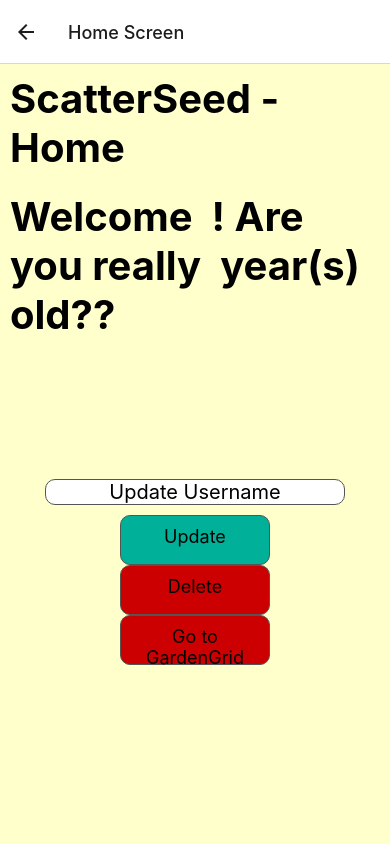
Repository: Curraje/scatter-seed-app
Screen: /Home
These files come from the project's save history. The screen is drawn as it stood at one moment and after a run of saves; the edit follows.
The app was drawn by React Native's web renderer in a window 390 px wide. The project was rebuilt for these pictures with package versions that can differ from the ones it lists, and the page was loaded fresh each time. Some packages were replaced by stand-ins written for this rebuild.

Above is the screen before, as saved 2022-03-07 10:41:07.

### index.js
import React from "react";
import App from "./src/App";
import { registerRootComponent } from "expo";
import { Provider as PaperProvider } from "react-native-paper";

function Main() {
  return (
    <PaperProvider>
      <App />
    </PaperProvider>
  );
}

// Main Entry Point for App
registerRootComponent(Main);

### src/App.tsx
import React from "react";
//import { StatusBar } from "expo-status-bar";
// import { StyleSheet } from "react-native";
// import Header from "./components/Header";
// import CustomButton from "./components/CustomButton";
import { NavigationContainer } from "@react-navigation/native";
// import { createBottomTabNavigator } from "@react-navigation/bottom-tabs";
// import { createMaterialBottomTabNavigator } from "@react-navigation/material-bottom-tabs";
//import { createMaterialTopTabNavigator } from "@react-navigation/material-top-tabs";
//import { createDrawerNavigator } from "@react-navigation/drawer";
import { createNativeStackNavigator } from "@react-navigation/native-stack";
import FontAwesome5 from "react-native-vector-icons/FontAwesome5";
import Login from "./screens/Login";
import Home from "./screens/Home";

// const Tab = createBottomTabNavigator();
// const Tab = createMaterialBottomTabNavigator();
//const Tab = createMaterialTopTabNavigator();
//const Drawer = createDrawerNavigator();
const Stack = createNativeStackNavigator();

export default function App() {
  return (
    <NavigationContainer>
      <Stack.Navigator
        initialRouteName="Login"
        screenOptions={{  }}

      >
        <Stack.Screen
          name="Home"
          component={Home}
          options={{
            title: "Home Screen",
          }}
        />
        <Stack.Screen
          name="Login"
          component={Login}
          options={{
            title: "Login Screen",
            headerShown: false,
          }}
          initialParams={{ItemName:"Item from Drawer", ItemId: 1}}
        />
      </Stack.Navigator>
    </NavigationContainer>
  );
}

### src/screens/Login.tsx
/* eslint-disable indent */
import React, { useEffect, useState } from "react";
import { View, StyleSheet, Image, Text, TextInput, Alert } from "react-native";
import CustomButton from "../utils/CustomButton";
import AsyncStorage from "@react-native-async-storage/async-storage";
import GlobalStyles from "../utils/GlobalStyles";

// eslint-disable-next-line @typescript-eslint/no-explicit-any
export default function Login({ navigation }: any) {
    const [name, setName]=useState("");
    const [age, setAge]=useState("");

    useEffect(() => {
        getData();
      }, []);

      const getData = () => {
        try {
          AsyncStorage.getItem("UserData")
            .then(value => {
              if (value != null) {
                navigation.navigate("Home");
              }
            }
            );
        } catch (error) {
          console.log(error);
        }
      };

    const setData = async () => {
      if (name.length == 0 || age.length == 0) {
        Alert.alert("Warning!", "Please enter appropriate data");
      } else {
          try {
              const user = {
                Name: name,
                Age: age,
              };
            await AsyncStorage.setItem("UserData", JSON.stringify(user));
            navigation.navigate("Home");
          } catch (error) {
            console.log(error);
          }
      }
    };

  return (
    <View
      style={GlobalStyles.body}
    >
      <Image
        style={styles.loginImage}
        source={require("../../assets/bruce.png")}
      />
      <Text style={styles.loginText}>Async Storage</Text>
      <TextInput
        style={styles.loginInput}
        placeholder="Username"
        onChangeText={(value) => setName(value)}
      />
      <TextInput
        style={styles.loginInput}
        placeholder="Enter your Age"
        onChangeText={(value) => setAge(value)}
      />
      <CustomButton
        title="Login"
        regular_color="#1eb900"
        pressed_color="#1eb999"
        onPressFunction={setData}
      />
    </View>
  );
}

const styles = StyleSheet.create({
  loginBody: {
    flex: 1,
    alignItems: "center",
    backgroundColor: "#0080ff",
  },
  loginImage: {
      width:100,
      height: 100,
      margin: 20,
      resizeMode: "contain"
  },
  loginText: {
      fontSize: 35,
      fontWeight: "bold",
  },
  loginInput: {
    width: 300,
    borderWidth: 1,
    borderColor: "#555",
    borderRadius: 10,
    backgroundColor: "#ffffff",
    textAlign: "center",
    fontSize: 20,
    marginBottom: 10,
  },
});

### src/screens/Home.tsx
import React, { useEffect, useState } from "react";
//import { StatusBar } from "expo-status-bar";
import { Alert, StyleSheet, Text, TextInput, View } from "react-native";
import AsyncStorage from "@react-native-async-storage/async-storage";
import CustomButton from "../utils/CustomButton";
import GlobalStyles from "../utils/GlobalStyles";


// eslint-disable-next-line @typescript-eslint/no-explicit-any
export default function Home({ navigation, route }: any) {

  const [name, setName] = useState("");
  const [age, setAge]=useState("");

  useEffect(() => {
    getData();
  }, []);

  const getData = () => {
    try {
      AsyncStorage.getItem("UserData")
        .then(value => {
          if (value != null) {
            const user = JSON.parse(value);
            setName(user.Name);
            setAge(user.Age);
          }
        }
        );
    } catch (error) {
      console.log(error);
    }
  };

  const updateData = async () => {
    if (name.length == 0) {
      Alert.alert("Warning!", "Please enter a username");
    } else {
      try {
        const user = {
          Name: name,
        };
        await AsyncStorage.setItem("UserData", JSON.stringify(user));
        Alert.alert("Success!", "Your name has been updated.");
      } catch (error) {
        console.log(error);
      }
    }
  };

  const removeData = async () => {
    try {
      await AsyncStorage.removeItem("UserData");
      navigation.navigate("Login");
    } catch (error) {
      console.log(error);
    }
  };

  return (
    <View style={[GlobalStyles.body]}>
      <Text style={[GlobalStyles.text]}>ScatterSeed - Home</Text>
      <Text style={[GlobalStyles.text]}>Welcome {name} ! Are you really {age} year(s) old??</Text>
      <TextInput
        style={styles.updateInput}
        placeholder="Update Username"
        value={name}
        onChangeText={(value) => setName(value)}
      />
      <CustomButton
        title="Update"
        regular_color="#00b099"
        pressed_color="#1eb000"
        onPressFunction={updateData}
      />
      <CustomButton
        title="Delete"
        regular_color="#cc0000"
        pressed_color="#ffb3b3"
        onPressFunction={removeData}
      />
      <CustomButton
        title="Go to GardenGrid"
        regular_color="#cc0000"
        pressed_color="#ffb3b3"
        onPressFunction={removeData}
      />
    </View>
  );
}

const styles = StyleSheet.create({
  updateBody: {
    flex: 1,
    alignItems: "center",
    backgroundColor: "#0080ff",
  },
  updateImage: {
    width:100,
    height: 100,
    margin: 20,
    resizeMode: "contain"
  },
  updateText: {
    fontSize: 35,
    fontWeight: "bold",
  },
  updateInput: {
    width: 300,
    borderWidth: 1,
    borderColor: "#555",
    borderRadius: 10,
    backgroundColor: "#ffffff",
    textAlign: "center",
    fontSize: 20,
    marginTop: 130,
    marginBottom: 10,
  },
});

### src/utils/CustomButton.tsx
import React from "react";
import { Pressable, StyleSheet, Text } from "react-native";

// eslint-disable-next-line @typescript-eslint/no-explicit-any
const CustomButton = (props: any) => {
  return (
    <Pressable
      onPress={props.onPressFunction}
      hitSlop={{ top: 10, bottom: 10, right: 10, left: 10 }}
      android_ripple={{ color: "#00f" }}
      style={({ pressed }) => [
        { backgroundColor: pressed ? props.pressed_color : props.regular_color },
        styles.button,
        { ...props.style },
      ]}
    >
      <Text style={styles.text}>{props.title}</Text>
    </Pressable>
  );
};

const styles = StyleSheet.create({
  text: {
    color: "#000000",
    fontSize: 18,
    margin: 10,
    textAlign: "center",
  },
  button: {
    width: 150,
    height: 50,
    alignItems: "center",
    borderWidth: 1,
    borderColor: "#555",
    borderRadius: 10,
  },
});

export default CustomButton;

### src/utils/GlobalStyles.tsx
import { StyleSheet } from "react-native";

export default StyleSheet.create({
  body: {
    flex: 1,
    alignItems: "center",
    backgroundColor: "#ffffcc", //I like this colour as the main colour for the App - THOUGHTS?
  },
  text: {
    fontSize: 40,
    fontWeight: "bold",
    margin: 10,
  },
});

After the next 2 saves:
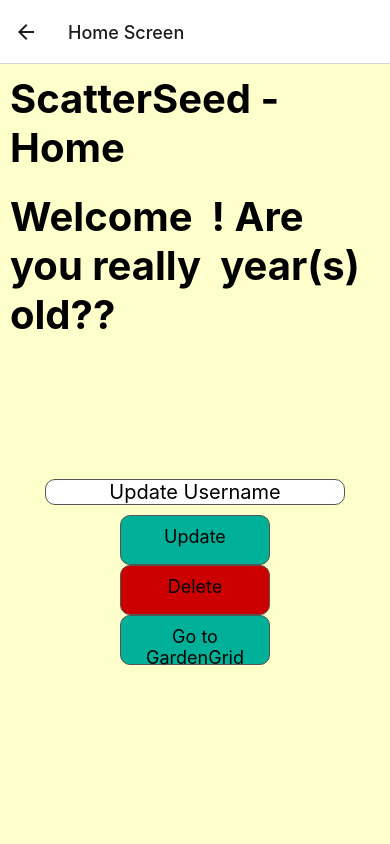
The 2 saves are shown as one change because they came seconds apart.
The last was saved 8 s later.
--- a/src/screens/Home.tsx
+++ b/src/screens/Home.tsx
@@ -81,8 +81,8 @@ export default function Home({ navigation, route }: any) {
       />
       <CustomButton
         title="Go to GardenGrid"
-        regular_color="#cc0000"
-        pressed_color="#ffb3b3"
+        regular_color="#00b099"
+        pressed_color="#1eb000"
         onPressFunction={removeData}
       />
     </View>
